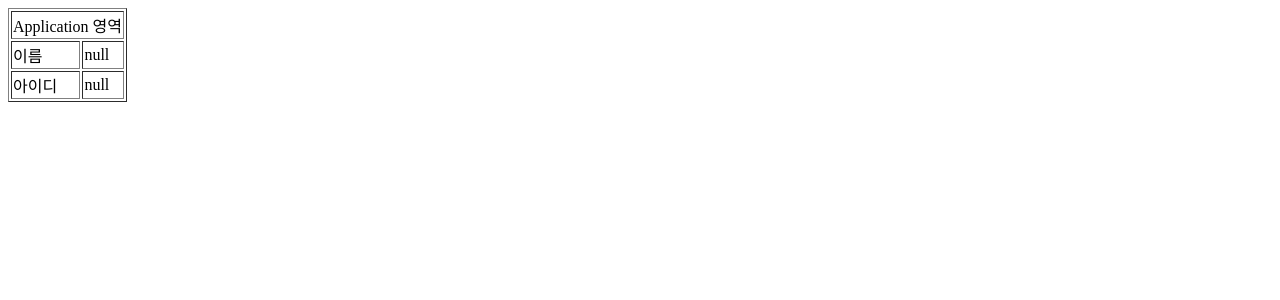
Repository: BancaKim/teamproject4
Page: http://localhost/JspDay3/HiddenTest/IncludeTest3.jsp
The author's editor kept a copy of each file at every save. The page is drawn from the files as they stood at one save, then again after the next save.
The browser window is 1280 px wide. The pictures show the whole page.
The page is served by Tomcat 9.

Above is the page before, as saved 2024-05-02 01:29:39.

### JspDay3/src/main/webapp/HiddenTest/IncludeTest3.jsp
<%@ page language="java" contentType="text/html; charset=UTF-8"
    pageEncoding="UTF-8"%>
<%@page import="java.util.Enumeration"%>
<!DOCTYPE html>
<html>
<head>
<meta charset="UTF-8">
<title>Insert title here</title>
</head>
<body>

<%
	String name = (String)application.getAttribute("name");
	String id = (String)application.getAttribute("id");
	String email = (String)session.getAttribute("email");
	String address = (String)session.getAttribute("address");
	String tel = (String)session.getAttribute("tel");

%>
<table border=1>
<tr>
<td colspan="2">Application 영역</td>
</tr>
<tr>
	<td>이름</td>
	<td><%=application.getAttribute("name") %></td>
</tr>
<tr>
	<td>아이디</td>
	<td><%=application.getAttribute("id") %></td>
</tr>
<%
Enumeration e = session.getAttributeNames();
while(e.hasMoreElements()){
String attributeName = (String)e.nextElement();
String attributeValue = (String)session.getAttribute(attributeName);
%>

<tr>
	<td><%=attributeName %></td>
	<td><%=attributeValue %></td>
</tr>
<%
}
%>
</table>
</body>
</html>

After the next save:
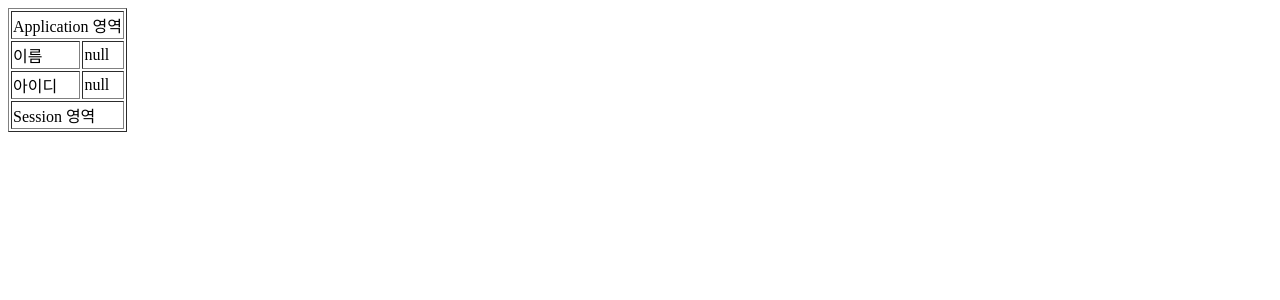
Saved 14 s later.
--- a/JspDay3/src/main/webapp/HiddenTest/IncludeTest3.jsp
+++ b/JspDay3/src/main/webapp/HiddenTest/IncludeTest3.jsp
@@ -29,6 +29,9 @@
 	<td>아이디</td>
 	<td><%=application.getAttribute("id") %></td>
 </tr>
+<tr>
+<td colspan="2">Session 영역</td>
+</tr>
 <%
 Enumeration e = session.getAttributeNames();
 while(e.hasMoreElements()){
